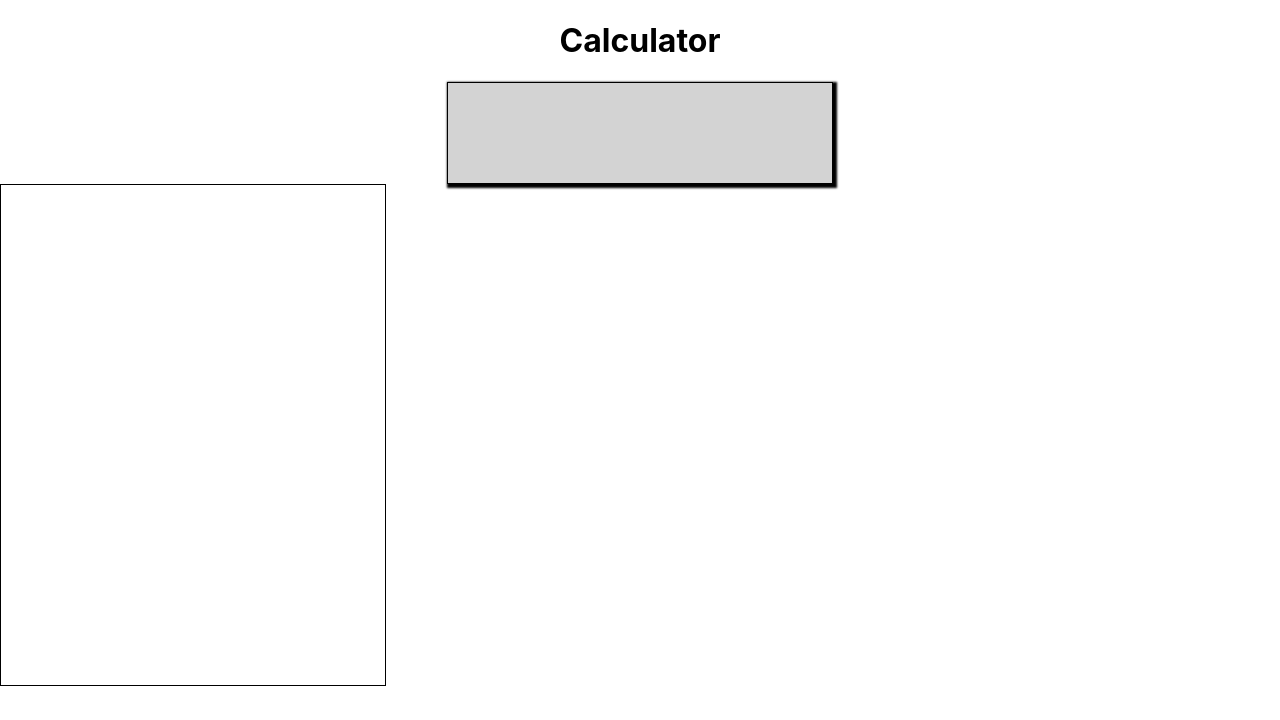
Repository: punitbathija/Placement-Assitance-iNeuron
Page: / (app in React/calculator/)
These files come from the project's save history. The page is drawn as it stood at one moment and after the next save; the edit follows.
The browser window is 1280 px wide. The pictures show the whole page.
The project was rebuilt for these pictures with package versions that can differ from the ones it lists, and the page was loaded fresh each time.

Above is the page before, as saved 2023-06-05 15:58:13.

### React/calculator/src/index.css
body {
  margin: 0;
  font-family: -apple-system, BlinkMacSystemFont, 'Segoe UI', 'Roboto', 'Oxygen',
    'Ubuntu', 'Cantarell', 'Fira Sans', 'Droid Sans', 'Helvetica Neue',
    sans-serif;
  -webkit-font-smoothing: antialiased;
  -moz-osx-font-smoothing: grayscale;
}

code {
  font-family: source-code-pro, Menlo, Monaco, Consolas, 'Courier New',
    monospace;
}

.screen{
  height: 100px;
  width: 30%;
  border:  1px solid black;
  margin: auto;
  background-color: lightgray;
  box-shadow: 2px 2px 2px 2px;
}


.numpad{
  height: 500px;
  border: 1px solid black;
  width: 30%;

}

### React/calculator/src/App.js
import "./App.css";
import Calculator from "./Calculator";

function App() {
  return (
    <div className="App">
      <h1>Calculator</h1>
      <Calculator />
    </div>
  );
}

export default App;

### React/calculator/src/Calculator.jsx
import React from "react";
import "./index.css";

const Calculator = () => {
  return (
    <div>
      <div className="screen"></div>
      <div className="numpad"></div>
    </div>
  );
};

export default Calculator;

Loaded but not shown: React/calculator/public/index.html (common file); React/calculator/src/index.js (common file); React/calculator/src/App.css (common file)

After the next save:
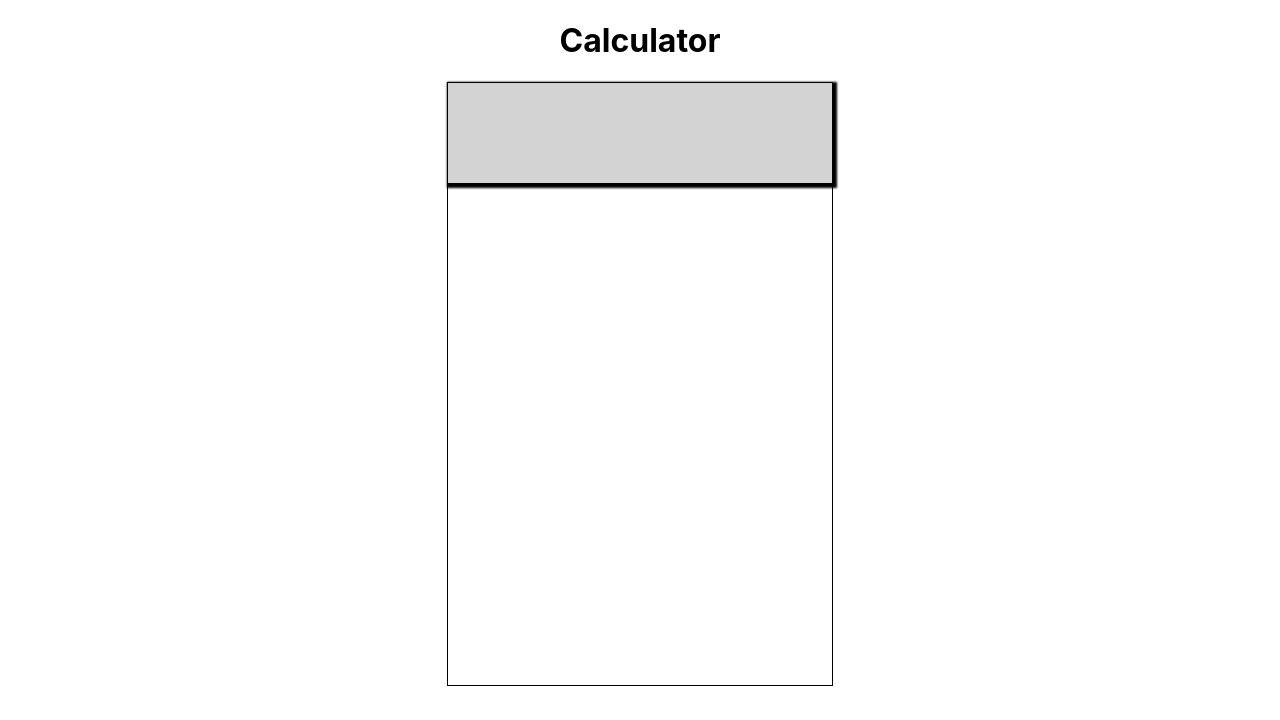
Saved 4 s later.
--- a/React/calculator/src/index.css
+++ b/React/calculator/src/index.css
@@ -26,5 +26,5 @@ code {
   height: 500px;
   border: 1px solid black;
   width: 30%;
-
+  margin: auto;
 }
